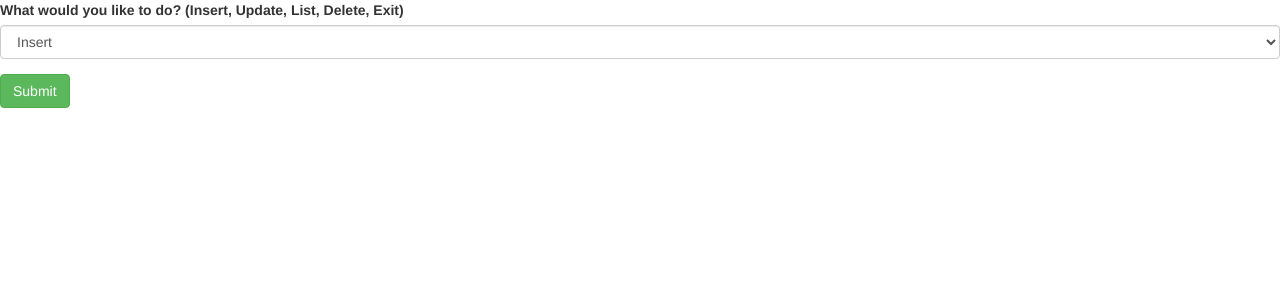
Repository: kddean/Lab2
Page: ToDoSystem/WebContent/ToDo.html
An editor plug-in stored every save of this project. The page is shown before and after the next save, followed by the edit.
The browser window is 1280 px wide. The pictures show the whole page.

Above is the page before, as saved 2016-03-03 05:44:36.

### ToDoSystem/WebContent/ToDo.html
<!DOCTYPE html>
<html>
<head>
<title>ToDoSystem</title>
<meta charset="utf-8">
<meta name="viewport" content="width=device-width, initial-scale=1">
<link rel="stylesheet" href="http://maxcdn.bootstrapcdn.com/bootstrap/3.3.6/css/bootstrap.min.css">
<script src="https://ajax.googleapis.com/ajax/libs/jquery/1.12.0/jquery.min.js"></script>
<script src="http://maxcdn.bootstrapcdn.com/bootstrap/3.3.6/js/bootstrap.min.js"></script>
</head>
<body>
<form name= "ToDoForm" method="post" action="ToDoServlet">
<div class="form-group">
  <label for="sel1">What would you like to do? (Insert, Update, List, Delete, Exit)</label>
  <select class="form-control" id="sel1">
    <option>Insert</option>
    <option>Update</option>
    <option>List</option>
    <option>Delete</option>
    <option>Exit</option>
  </select>
</div>

<button type="button" class="btn btn-success">Submit</button>
</form>
</body>
</html>

After the next save:
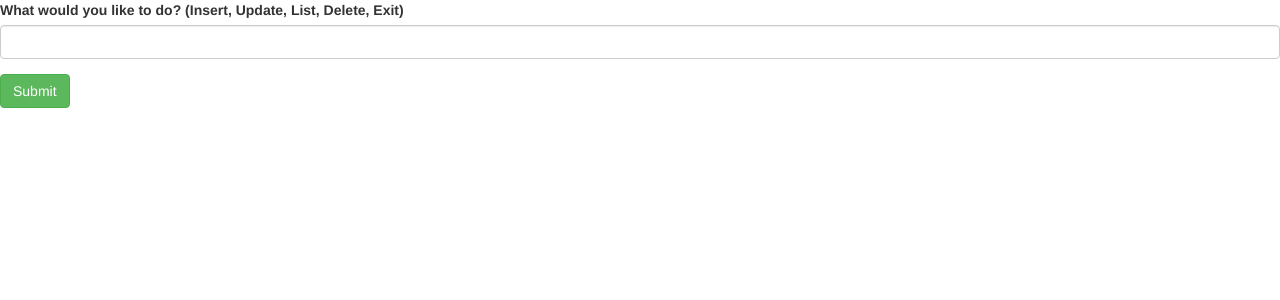
Saved 101 s later.
--- a/ToDoSystem/WebContent/ToDo.html
+++ b/ToDoSystem/WebContent/ToDo.html
@@ -12,13 +12,7 @@
 <form name= "ToDoForm" method="post" action="ToDoServlet">
 <div class="form-group">
   <label for="sel1">What would you like to do? (Insert, Update, List, Delete, Exit)</label>
-  <select class="form-control" id="sel1">
-    <option>Insert</option>
-    <option>Update</option>
-    <option>List</option>
-    <option>Delete</option>
-    <option>Exit</option>
-  </select>
+   <input type="text" class="form-control" id="usr">
 </div>
 
 <button type="button" class="btn btn-success">Submit</button>
